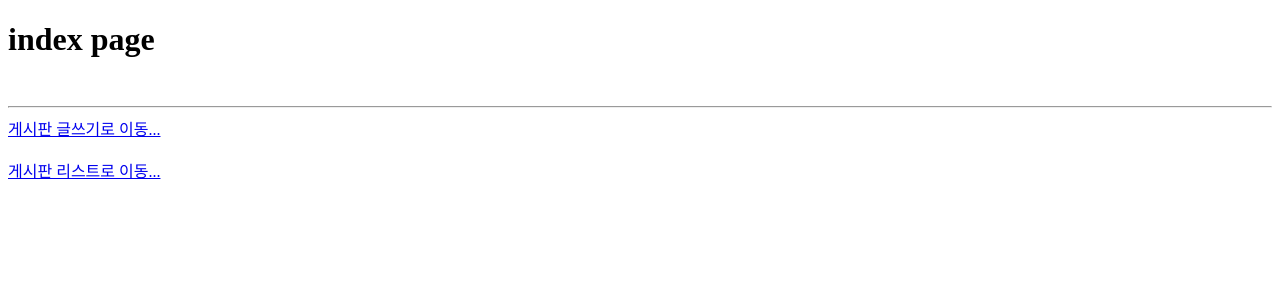
Repository: dfhdfhdfsza/_jsp_workspace3
Page: http://localhost/jsp_project/
These files come from the project's save history. The page is drawn as it stood at one moment and after the next save; the edit follows.
The browser window is 1280 px wide. The pictures show the whole page.
The page is served by Tomcat 9.

Above is the page before, as saved 2023-09-13 08:29:56.

After the next save:
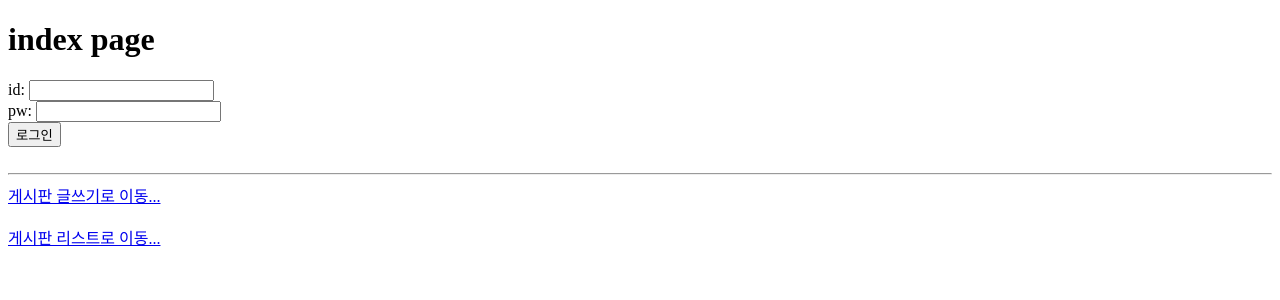
Saved 60 s later.
--- a/jsp_project/src/main/webapp/index.jsp
+++ b/jsp_project/src/main/webapp/index.jsp
@@ -10,9 +10,9 @@
 <body>
 	<h1>index page</h1>
 	<form action="#" method="post">
-
-
-
+		id: <input type="text" name="id"> <br>
+		pw: <input type="text" name="pw"> <br>
+		<button type="submit">로그인</button>
 	</form>
 	<br> <hr>
 
